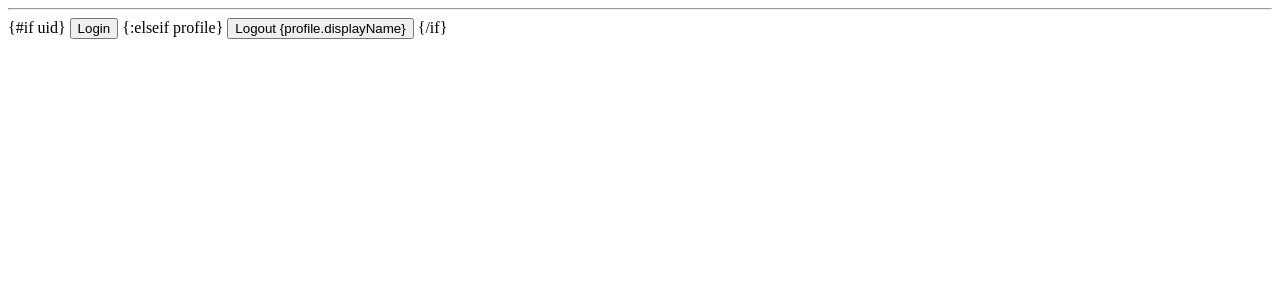
Repository: nicobrinkkemper/firebase-svelte-tododemo
Page: src/components/Nav.html
An editor plug-in stored every save of this project. The page is shown before and after the next save, followed by the edit.
The browser window is 1280 px wide. The pictures show the whole page.

Above is the page before, as saved 2018-11-24 18:07:13.
Console error: SyntaxError: Unexpected token 'export'

After the next save:
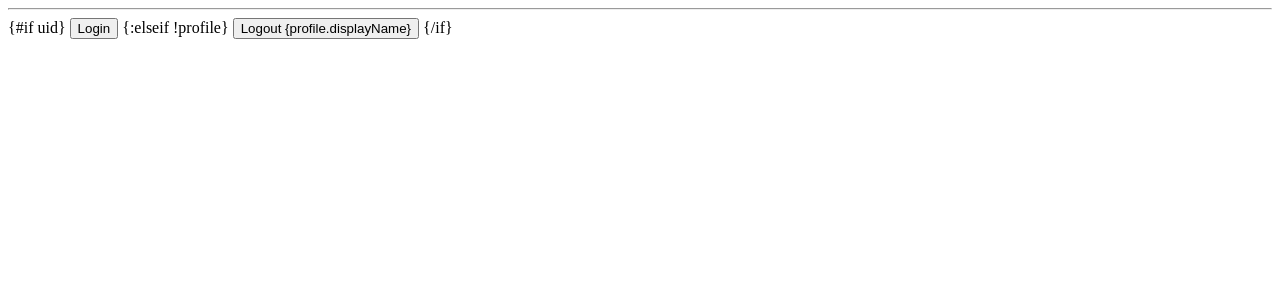
Saved 12 s later.
--- a/src/components/Nav.html
+++ b/src/components/Nav.html
@@ -7,7 +7,7 @@
 			<div class="col-md-12">
 				{#if uid}
 				<button class="btn btn-success" onClick={onLogin}>Login</button>
-				{:elseif profile}
+				{:elseif !profile}
 				<button class="btn btn-danger" onClick={onLogout}>Logout {profile.displayName}</button>
 				{/if}
 			</div>
